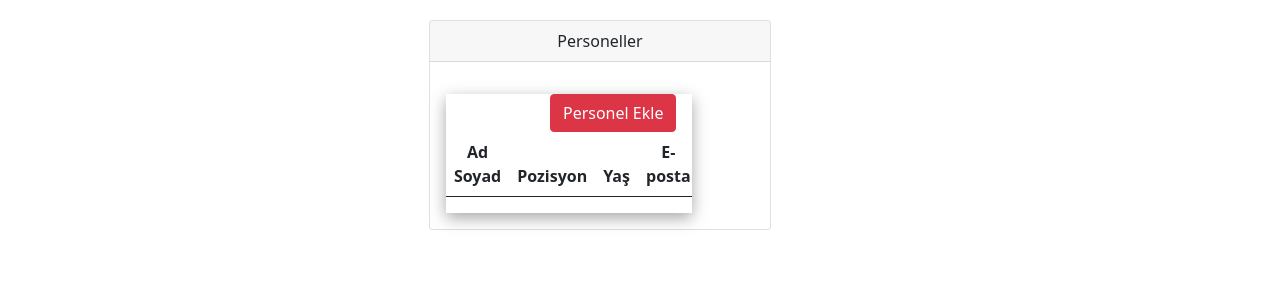
Repository: okankrdg/ReactCoreCRUD
Page: /employee/index (app in ReactCoreCRUD.Web/client/)
An editor plug-in stored every save of this project. The page is shown before and after the next save, followed by the edit.
The browser window is 1280 px wide. The pictures show the whole page.
The page's requests for data from a server got no answer. The project was rebuilt for these pictures with package versions that can differ from the ones it lists, and the page was loaded fresh each time. No one was signed in, and anything a server would have sent is missing. Also part of the build but not shown: ReactCoreCRUD.Web/client/src/pages/Employee/createOrEdit.tsx, ReactCoreCRUD.Web/client/src/pages/Exception/index.tsx.

Above is the page before, as saved 2021-10-10 22:24:27.

### ReactCoreCRUD.Web/client/src/index.tsx
import React from "react";
import ReactDOM from "react-dom";
import "./index.css";
import App from "./App";
import { Router } from "react-router-dom";
import "./dist/bootstrap/bootstrap.min.css";
import history from "./history.js";
ReactDOM.render(
  <React.StrictMode>
    <Router history={history}>
      <App />
    </Router>
  </React.StrictMode>,
  document.getElementById("root")
);

### ReactCoreCRUD.Web/client/src/index.css
body {
  margin: 0;
  font-family: -apple-system, BlinkMacSystemFont, 'Segoe UI', 'Roboto', 'Oxygen',
    'Ubuntu', 'Cantarell', 'Fira Sans', 'Droid Sans', 'Helvetica Neue',
    sans-serif;
  -webkit-font-smoothing: antialiased;
  -moz-osx-font-smoothing: grayscale;
}

code {
  font-family: source-code-pro, Menlo, Monaco, Consolas, 'Courier New',
    monospace;
}
.employeeForm{
      padding: 20px;
      text-align: left;
      border: 2px solid #e5e3e3;
      box-shadow: 3px 3px 3px rgna(1,1,1,1);
      box-shadow: rgb(0 0 0 / 35%) 0px 5px 15px;

}
.App{
  text-align: center;
    display: flex;
    justify-content: center;
    max-width: 1200px;
    margin-top: 20px;
}
.employee-index{
  width: 80%;
  box-shadow: rgb(0 0 0 / 35%) 0px 5px 15px;
}

### ReactCoreCRUD.Web/client/src/App.tsx
import { Switch, Route } from "react-router-dom";
import CreateOrEdit from "./pages/Employee/createOrEdit";
import Index from "./pages/Employee";
import Exception from "./pages/Exception/index";
import "./App.css";

function App() {
  return (
    <div className="App">
      <Switch>
        <Route path="/employee/edit/:id" component={CreateOrEdit} />
        <Route path="/employee/create" component={CreateOrEdit} />
        <Route path="/employee/index" component={Index} />
        <Route path="/exception/type=:type" component={Exception} />
      </Switch>
    </div>
  );
}

export default App;

### ReactCoreCRUD.Web/client/src/pages/Employee/index.tsx
import { useState, useEffect } from "react";
import {
  employeeService,
  EmployeeIndexDTO,
} from "../../services/EmployeeService";
import { Table, Button } from "react-bootstrap";
import { useHistory } from "react-router-dom";

function Index() {
  const [employees, setEmployees] = useState<EmployeeIndexDTO[]>([]);
  const history = useHistory();
  useEffect(() => {
    employeeService
      .getAll()
      .then((response) => {
        setEmployees(response.data);
      })
      .catch((e) => {
        console.log(e);
      });
  }, []);
  const deleteRow = (id: number) => {
    console.log(id);
    employeeService.delete(id).then((response) => {
      console.log(response);
      if (response.status === 200) {
        setEmployees(employees.filter((e) => e.id !== id));
      }
    });
  };
  return (
    <div className="card">
      <div className="card-header">Personeller</div>
      <div className="card-body">
        <div className="employee-index">
          <div className="d-flex justify-content-end me-3 mt-3">
            <Button
              variant="danger"
              onClick={() => history.push("/employee/create")}
            >
              Personel Ekle
            </Button>
          </div>
          <Table striped hover responsive>
            <thead>
              <tr>
                <th>Ad Soyad</th>
                <th className="d-none d-sm-table-cell">Pozisyon</th>
                <th className="d-none d-sm-table-cell">Yaş</th>
                <th className="d-none d-md-table-cell">E-posta</th>
                <th></th>
              </tr>
            </thead>
            <tbody>
              {employees.map((pt, index) => {
                return (
                  <tr key={index}>
                    <td>{pt.firstName + pt.lastName}</td>
                    <td className="d-none d-sm-table-cell">
                      {pt.employeeTypeName}
                    </td>
                    <td className="d-none d-sm-table-cell">{pt.age}</td>
                    <td className="d-none d-md-table-cell">{pt.email}</td>
                    <td>
                      <Button
                        variant="primary"
                        className="mx-1"
                        onClick={() => history.push("/employee/edit/" + pt.id)}
                      >
                        Güncelle
                      </Button>
                      <Button variant="danger" onClick={() => deleteRow(pt.id)}>
                        Sil
                      </Button>
                    </td>
                  </tr>
                );
              })}
            </tbody>
          </Table>
        </div>
      </div>
    </div>
  );
}

export default Index;

### ReactCoreCRUD.Web/client/src/services/EmployeeService.ts
import axios from "axios";
import history from "../history";

export interface EmployeeDTO {
  firstName: string;
  lastName: string;
  birthDate: string;
  email: string;
  employeeTypeId: number | undefined;
}
export interface EmployeeIndexDTO {
  id: number;
  firstName: string;
  lastName: string;
  age?: number;
  email: string;
  employeeTypeName: string;
}
export interface EmployeeType {
  id: string;
  name: string;
}
const baseUrl = `/api/`;
const http = axios.create({
  baseURL: baseUrl,
  headers: {
    "Content-type": "application/json",
  },
});

const getAll = () => {
  return http.get<EmployeeIndexDTO[]>("employee");
};
const getById = (id: number) => {
  return http.get<EmployeeDTO>(`employee?id=${id}`);
};
const create = (model: EmployeeDTO) => {
  return http.post<EmployeeDTO>("employee", model);
};
const update = (model: EmployeeDTO, id: number) => {
  return http.put<EmployeeDTO>("employee", { ...model, id });
};
const _delete = (id: number) => {
  return http.delete(`employee?id=${id}`);
};
const getEmployeeTypes = () => {
  return http.get<EmployeeType[]>("employeeTypes");
};
http.interceptors.response.use(
  (response) => {
    return response;
  },
  (error) => {
    if (!error.response || typeof error.response.data !== "object") {
      setTimeout(() => {}, 1000);
      return Promise.reject(error);
    }
    const { status, config, data } = error.response;
    console.log(status, config, data);
    if (config.method === "get") {
      if (status === 401) {
        history.push("/exception/type=401");
      } else if (status === 403) {
        history.push("/exception/type=403");
      } else if (status === 404) {
        history.push("/exception/type=404");
      } else if (status === 500) {
        history.push("/exception/type=500");
      }
    }
  }
);
export const employeeService = {
  getAll,
  getById,
  create,
  update,
  delete: _delete,
  getEmployeeTypes,
};

Loaded but not shown: ReactCoreCRUD.Web/client/public/index.html (common file); ReactCoreCRUD.Web/client/src/dist/bootstrap/bootstrap.min.css (library); ReactCoreCRUD.Web/client/src/history.js (common file); ReactCoreCRUD.Web/client/src/App.css (common file)

After the next save:
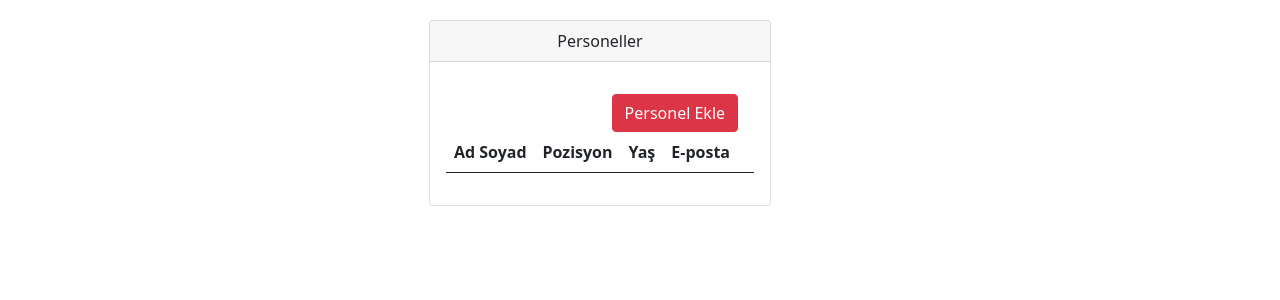
Saved 12 s later.
--- a/ReactCoreCRUD.Web/client/src/pages/Employee/index.tsx
+++ b/ReactCoreCRUD.Web/client/src/pages/Employee/index.tsx
@@ -32,7 +32,7 @@ function Index() {
     <div className="card">
       <div className="card-header">Personeller</div>
       <div className="card-body">
-        <div className="employee-index">
+        <div className="">
           <div className="d-flex justify-content-end me-3 mt-3">
             <Button
               variant="danger"
